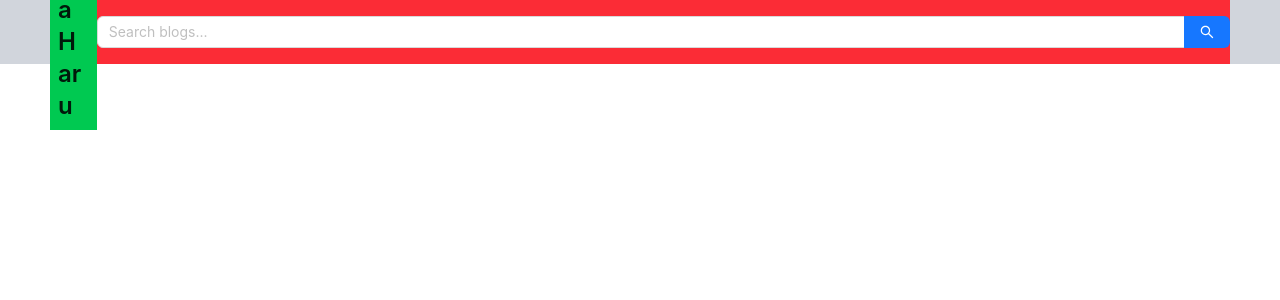
Repository: amich10/Blog_Frontend
Page: /user
An editor plug-in stored every save of this project. The page is shown before and after the next save, followed by the edit.
The browser window is 1280 px wide. The pictures show the whole page.
The project was rebuilt for these pictures with package versions that can differ from the ones it lists, and the page was loaded fresh each time. Also part of the build but not shown: vite.config.ts, src/pages/category/admin.category.tsx, src/services/user.service.tsx, src/pages/users/admin.user.list.tsx, src/components/input.component.tsx, src/pages/users/admin.adduser.tsx, src/pages/users/admin.user.edit.tsx, src/pages/category/add.category.tsx and 5 more.

Above is the page before, as saved 2025-04-25 12:13:26.

After the next save:
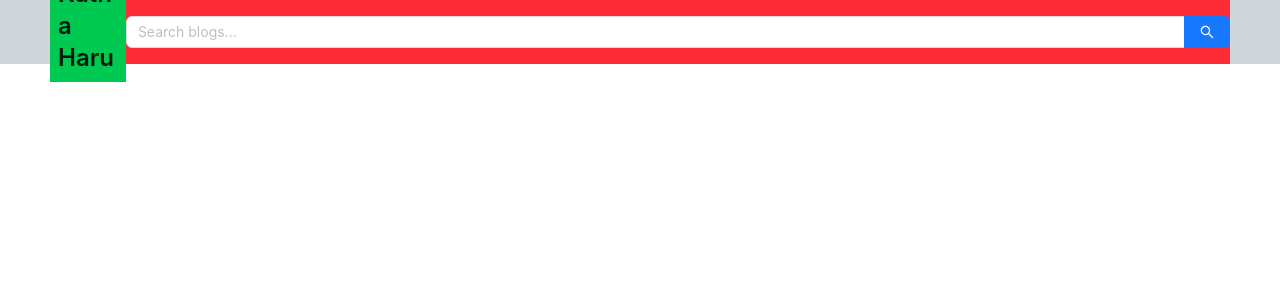
Saved 7 s later.
--- a/src/pages/user role/home page/user.header.tsx
+++ b/src/pages/user role/home page/user.header.tsx
@@ -9,7 +9,7 @@
     <>
     <Layout.Header className=' flex bg-gray-300! '>
         <div className='flex justify-center items-center bg-red-500 w-full'>
-          <Typography.Title level={3} className='p-2 font-serif w-12 bg-green-500'>Katha Haru</Typography.Title>
+          <Typography.Title level={3} className='p-2 font-serif w-20 bg-green-500'>Katha Haru</Typography.Title>
           <Input.Search placeholder="Search blogs..." enterButton />
         </div>
 
